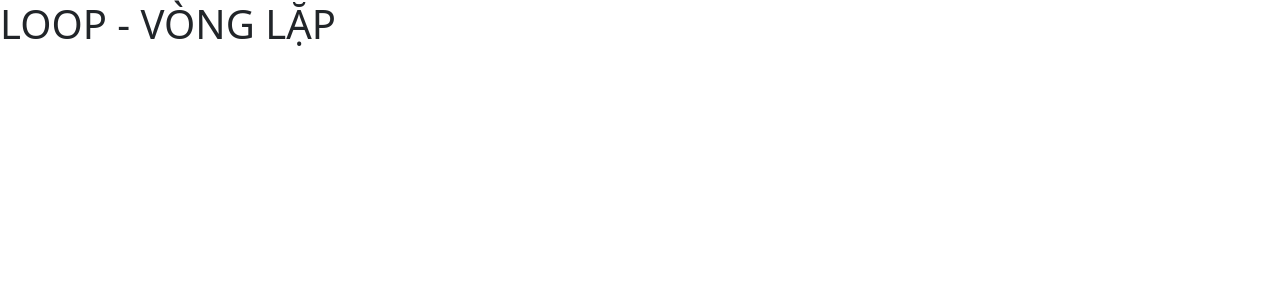
Repository: hcozyph/cyberSoft_JS_fulldocs
Page: JS_6_LOOP/index.html
These files come from the project's save history. The page is drawn as it stood at one moment and after the next save; the edit follows.
The browser window is 1280 px wide. The pictures show the whole page.

Above is the page before, as saved 2023-02-08 19:25:06.

After the next save:
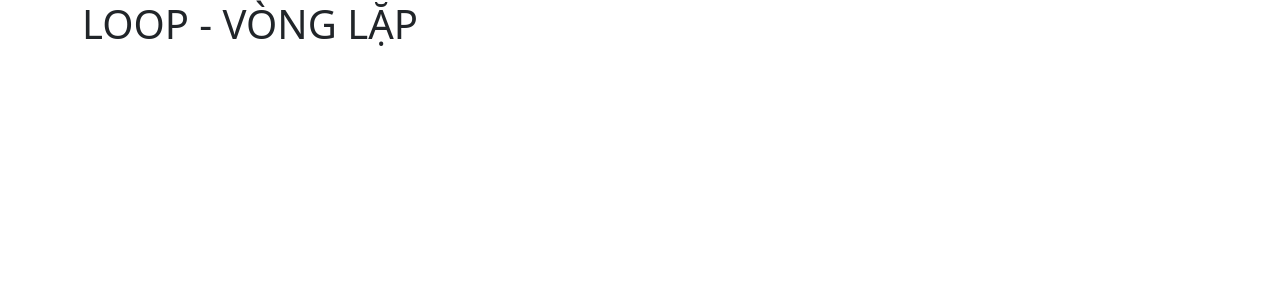
Saved 5 s later.
--- a/JS_6_LOOP/index.html
+++ b/JS_6_LOOP/index.html
@@ -19,8 +19,9 @@
     </head>
 
     <body>
-        <div class="container"></div>
-        <h1 class="" style="margin: 0 auto">LOOP - VÒNG LẶP</h1>
+        <div class="container">
+            <h1 class="" style="margin: 0 auto">LOOP - VÒNG LẶP</h1>
+        </div>
         <!-- Bootstrap JavaScript Libraries -->
         <script
             src="https://cdn.jsdelivr.net/npm/@popperjs/core@2.11.6/dist/umd/popper.min.js"
